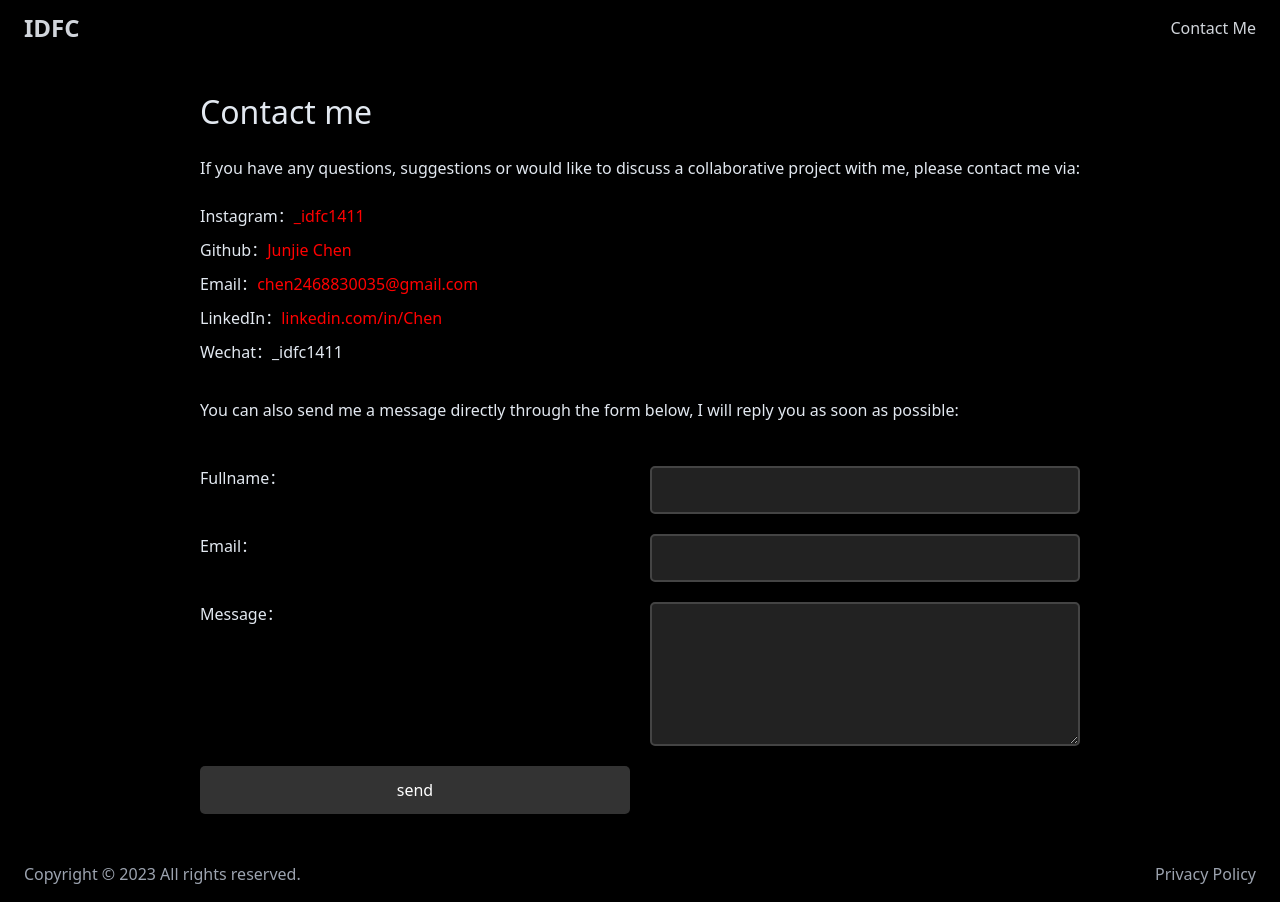
Repository: skybainiao/HackerStarter
Page: htmlFile/me.html
The author's editor kept a copy of each file at every save. The page is drawn from the files as they stood at one save, then again after the next save.
The browser window is 1280 px wide. The pictures show the whole page.

Above is the page before, as saved 2023-04-09 18:06:50.

After the next save:
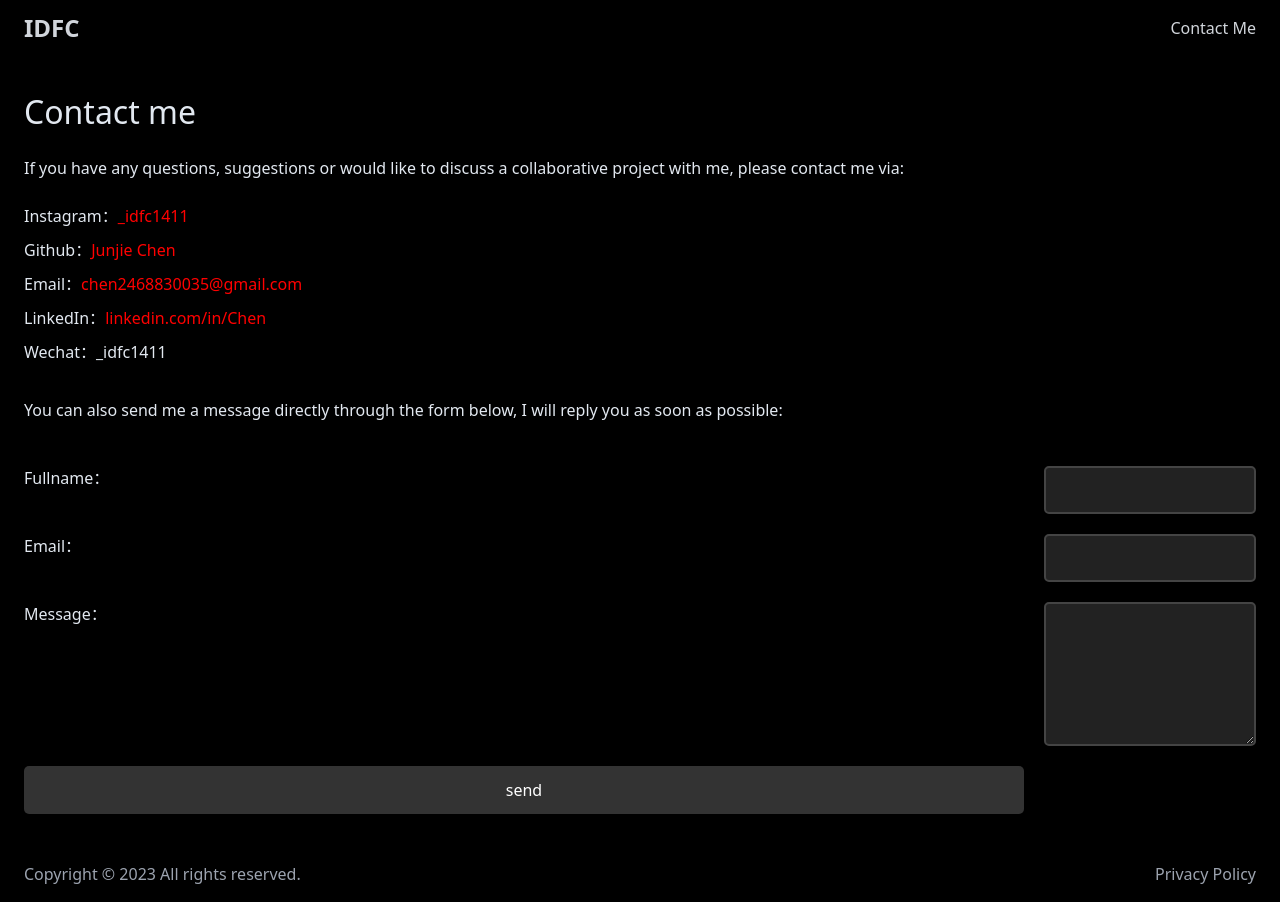
Saved 5 s later.
--- a/htmlFile/me.html
+++ b/htmlFile/me.html
@@ -95,7 +95,7 @@
     border-radius: 5px;
     cursor: pointer;
     font-size: 16px;
-    width: 100%;
+    width: 1000px;
     transition: background-color 0.3s;
 }
 

After the save that followed:
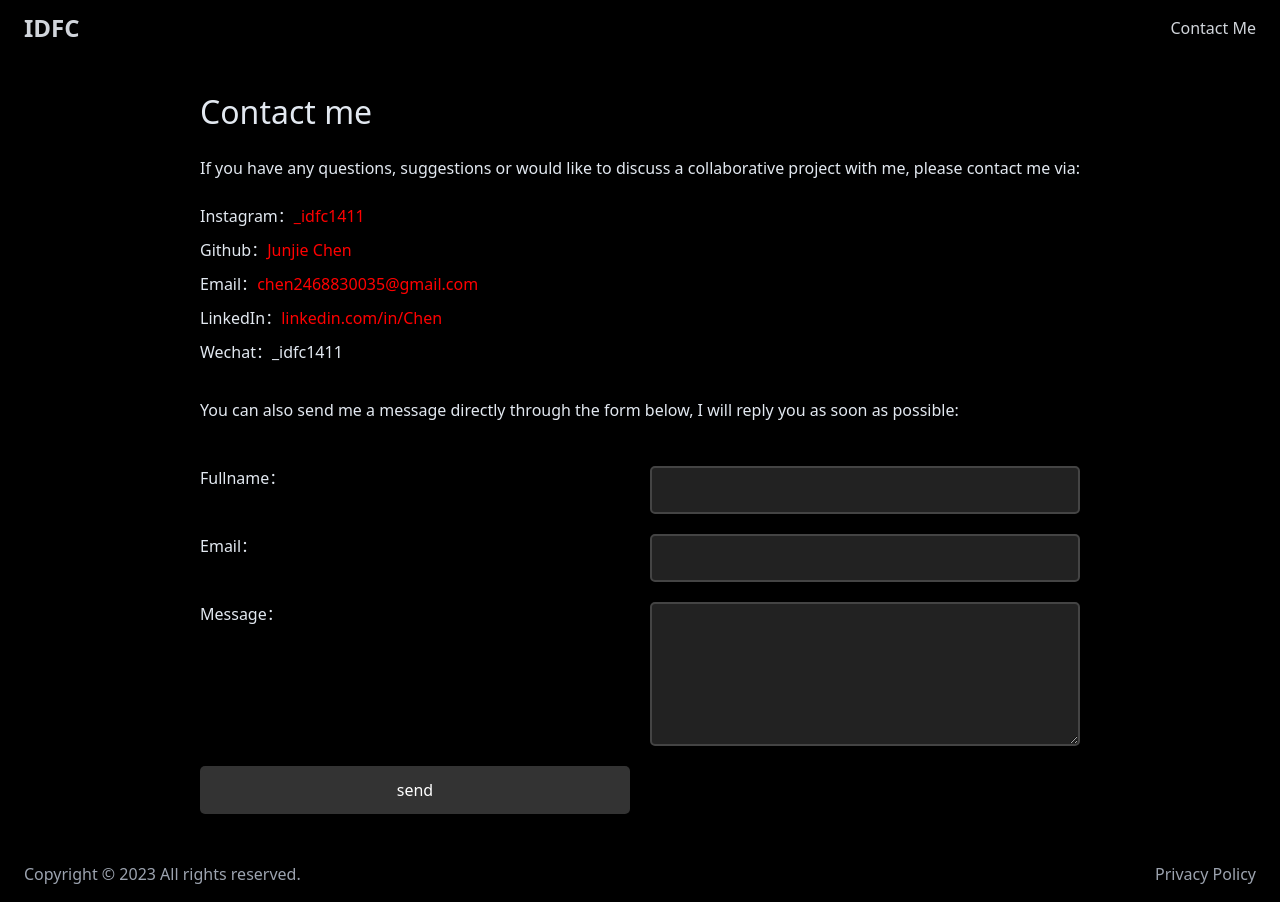
Saved 10 s later.
--- a/htmlFile/me.html
+++ b/htmlFile/me.html
@@ -95,7 +95,6 @@
     border-radius: 5px;
     cursor: pointer;
     font-size: 16px;
-    width: 1000px;
     transition: background-color 0.3s;
 }
 
